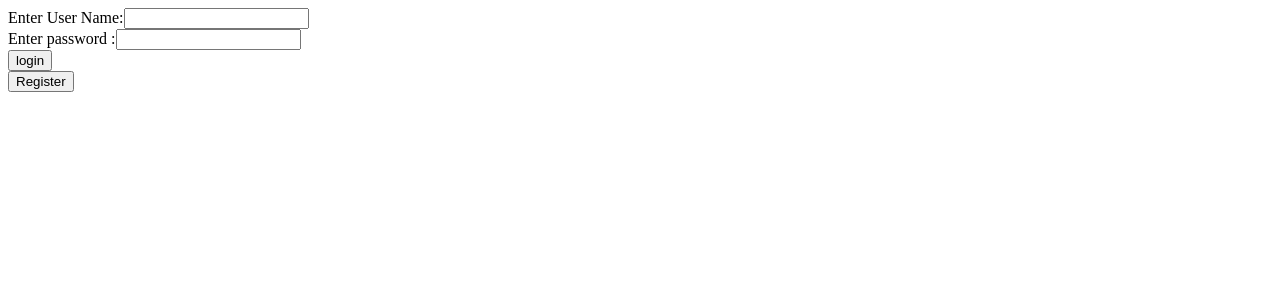
Repository: mugdha97/JSPServlet
Page: http://localhost/com.bridgelabz.loginRegister/login.jsp
These files come from the project's save history. The page is drawn as it stood at one moment and after the next save; the edit follows.
The browser window is 1280 px wide. The pictures show the whole page.
The page is served by Tomcat 9.

Above is the page before, as saved 2019-10-18 13:20:18.

After the next save:
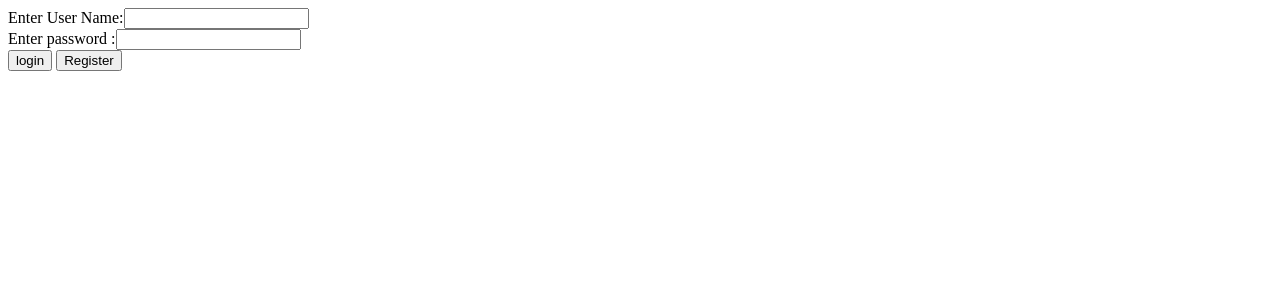
Saved 119 s later.
--- a/com.bridgelabz.loginRegister/WebContent/login.jsp
+++ b/com.bridgelabz.loginRegister/WebContent/login.jsp
@@ -11,10 +11,10 @@
 Enter User Name:<input type="text" name="uname"><br>
 Enter password :<input type="password" name="password"><br>
 <input type="submit" value="login">
+<input type="submit" value="Register">
+</form>
+<form >
 
-</form>
-<form action="Registration.jsp" method="post">
-<input type="submit" value="Register">
 
 </form>
 </body>
